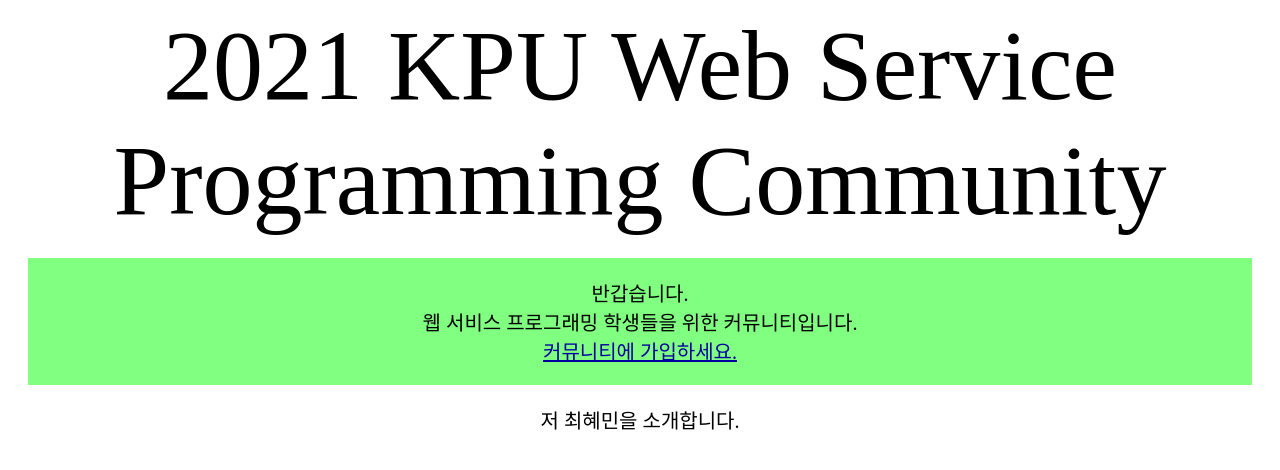
Repository: papav-hub/Web_Study
Page: ChoiHyeMin_reg/src/main/webapp/welcome.html
An editor plug-in stored every save of this project. The page is shown before and after the next save, followed by the edit.
The browser window is 1280 px wide. The pictures show the whole page.
Some web fonts or font styles are not loaded; a fallback is used.

Above is the page before, as saved 2021-10-04 07:24:01.

After the next save:
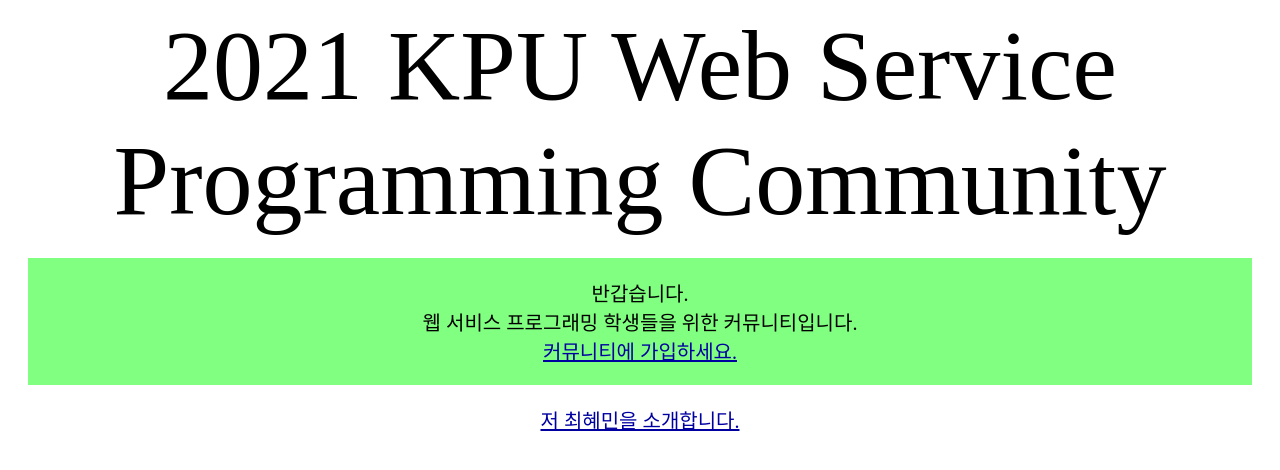
Saved 46 s later.
--- a/ChoiHyeMin_reg/src/main/webapp/welcome.html
+++ b/ChoiHyeMin_reg/src/main/webapp/welcome.html
@@ -20,7 +20,9 @@
 	</p>
 
 	<div>
-		<p> 저 최혜민을 소개합니다. </p>
+		<a href="http://localhost:8080/ChoiHyeMin_reg/introduce.jsp">
+			저 최혜민을 소개합니다.
+		</a>
 	</div>
 </body>
 </html>
